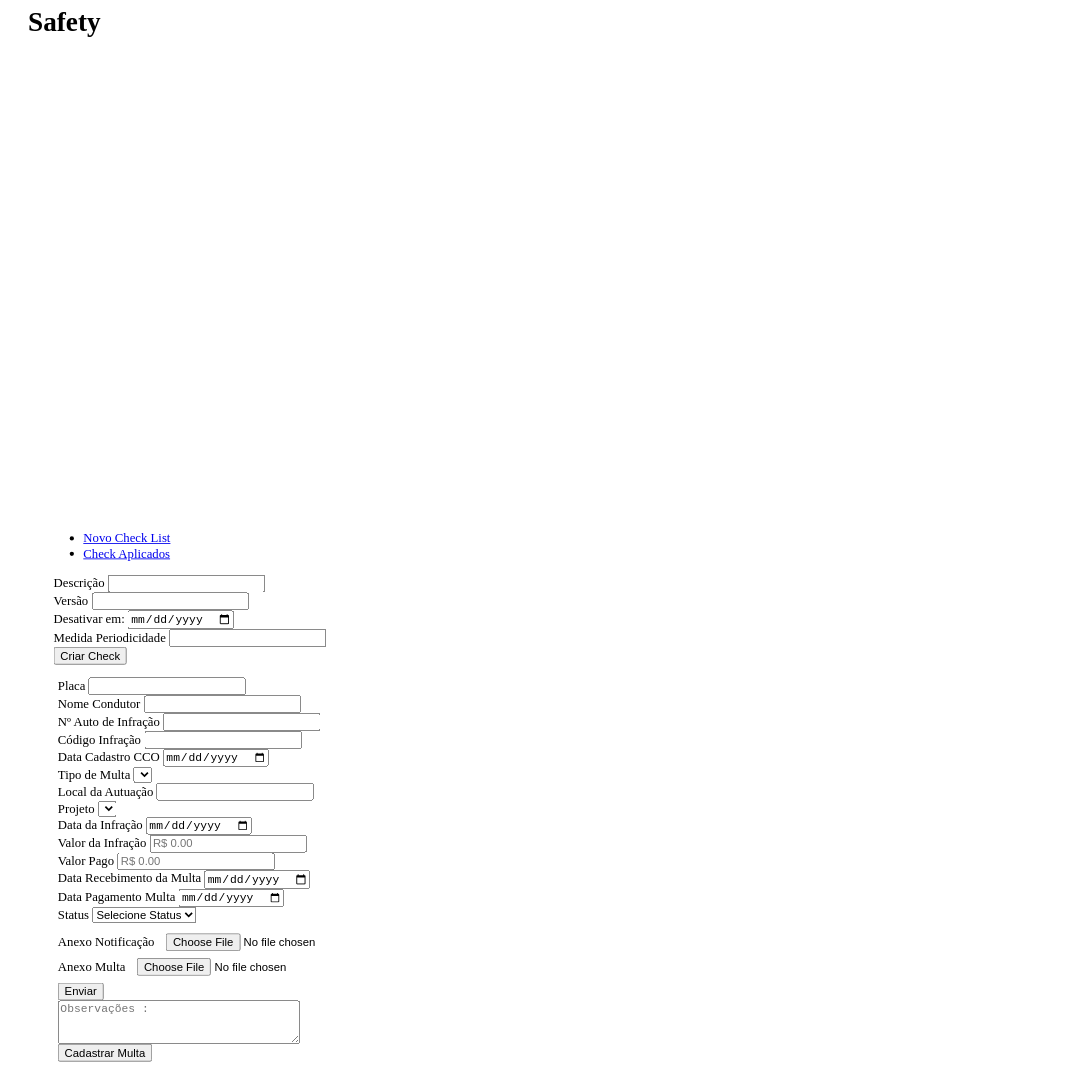
Repository: Conlog-SA/portal_operacional
Page: apps/safety_layout_checklist_app/templates/safety_layout_checklist_app/form_cad_layout_checklist.html
These files come from the project's save history. The page is drawn as it stood at one moment and after the next save; the edit follows.
The browser window is 1280 px wide. The pictures show the whole page, at 85% of full size.
The template is drawn by Django 3.2. The application's start-up code is not run. Other server files are loaded and not shown. The template is opened directly, without the code that normally fills it, so the values that code supplies are empty.

Above is the page before, as saved 2023-11-14 15:24:10.

### apps/safety_layout_checklist_app/templates/safety_layout_checklist_app/form_cad_layout_checklist.html
{% load static %}

{% block link_static_css %}
    <link rel="stylesheet" href="{% static 'css/cores.css' %}" />
    <link rel="stylesheet" href="{% static 'css/toggle_switch.css' %}" />
    <link rel="stylesheet" href="{% static 'css/loader.css' %}" />
    <link rel="stylesheet" href="{% static 'css/seguranca_safety_app/seguranca_safety.css' %}" />
    <script src="https://code.jquery.com/jquery-3.6.0.min.js"></script>
{% endblock %}

<div class="d-flex flex-column h-100 align-items-center justify-content-start text-white w-100" style="margin-right: 0px; width:100%;">
   <div class="mt-3 d-flex align-items-end justify-content-between div_Titulo" style="padding-bottom:15px; margin-left:25px;">
       <div class="d-flex align-items-center justify-content-center">
            <i class="fa-solid fa-truck-fast" style="font-size:50px; margin-left:0px; margin-right:15px; color:#cf6a15;"></i>
           <h1 class="titlePadraoMenu" style="margin-left:0px;">Safety</h1>
       </div>
       <img class="logo_cabecalho" src="{% static 'icons/logo-branca.png' %}" >
   </div>
   <div class="container-app col-md-12">
      <div class="form-group cl_div_tabela_principal_pagina" style="padding-top:0px;padding-left:0px;margin-left: 50px;margin-right: 25px; background-color:white" >
        <div class="header-table">
            <ul class="nav nav-tabs" id="myTab" role="tablist">
               <li class="nav-item">
                  <a class="nav-link active tabs-nav" id="a_tab_novo_check" data-toggle="tab"
                     href="#div_tab_new_check" role="tab"
                     aria-controls="div_tab_new_check"
                     aria-selected="false" style="border-radius:0px 0px 0 0; font-size:15px">
                     Novo Check List
                     <i class="fa-solid fa-filter" style="color: #f46424;"></i>
                  </a>
              </li>
              <li class="nav-item">
                  <a class="nav-link tabs-nav" id="a_tab_check_criados" data-toggle="tab"
                     href="#div_check_criados" role="tab"
                     aria-controls="div_check_criados"
                     aria-selected="false" style="border-radius:0px 0px 0 0; font-size:15px" >
                     Check Aplicados
                    <i class="fa-solid fa-pen-to-square" style="color: #f46424"></i>
                  </a>
              </li>
            </ul>
         </div>
         <div class="tab-content" style="border-radius:0 0 10px 10px; font-size:15px">
            <div class="tab-pane active" id="div_tab_new_check" role="tabpanel" aria-labelledby="div_tab_new_check" style="padding-left:5px;">
               <form class="new-check-list">
                  <div class="row">
                     <div class="form-group col-sm-4">
                       <label for="descricao_new_check">
                         Descrição
                         <input type="text" id="descricao_new_check">
                       </label>
                     </div>
                     <div class="form-group col-sm-4">
                       <label for="versao_new_check">
                         Versão
                         <input type="text" id="versao_new_check">
                       </label>
                     </div>
                     <div class="form-group col-sm-4">
                       <label for="desativar_new_check_date">
                         Desativar em:
                         <input type="date" id="desativar_new_check_date">
                       </label>
                     </div>
                     <div class="form-group col-sm-4">
                       <label for="periodicidade_new_check">
                         Medida Periodicidade
                         <input type="text" id="periodicidade_new_check">
                       </label>
                     </div>
                     <div class="form-group col-sm-4">
                        <button type="submit" id="btn_new_check" name=btn_new_check> Criar Check</button>
                     </div>
                  </div>
               </form>
            </div>
            <div class="tab-pane" id="div_check_criados" role="tabpanel" aria-labelledby="a_tab_check_criados">
               <form id="form_cadastro_multas" name="form_cadastro_multas" method="POST" style="margin-left:10px; margin-right:10px;">
                  <div class="row">
                     <div class="form-group col-sm-4">
                        <label for="txt_placa">Placa</label>
                        <input type="text" class="form-control" id="txt_placa" required>
                     </div>
                     <div class="form-group col-sm-4">
                        <label for="input_nome_condutor">Nome Condutor</label>
                        <input type="text" class="form-control" id="input_nome_condutor">
                     </div>
                     <div class="form-group col-sm-4">
                        <label for="input_auto_infracao">Nº Auto de Infração</label>
                           <input type="text" class="form-control" id="input_auto_infracao" name="input_auto_infracao">
                     </div>
                     <div class="form-group col-sm-2">
                        <label for="input_codigo_infracao">Código Infração</label>
                           <input type="text" class="form-control" id="input_codigo_infracao" name="input_codigo_infracao">
                     </div>
                     <div class="form-group col-sm-2">
                        <label for="select_dt_cad_cco">Data Cadastro CCO</label>
                        <input type="date" class="form-control" id="select_dt_cad_cco">
                     </div>
                     <div class="form-group col-sm-4">
                        <label for="select_tipo_multa">Tipo de Multa</label>
                        <select class="selectpicker form-control" id="select_tipo_multa" name="select_tipo_multa" placeholder="Tipo de multa" required>
                           {% for tipo_multa in lista_tipo_multa %}
                              <option value="{{tipo_multa.cod_tipo_multa}}">
                                 {{tipo_multa.desc_multa}}
                              </option>
                           {% endfor %}
                        </select>
                     </div>
                     <div class="form-group col-sm-4">
                        <label for="input_local_autuacao">Local da Autuação</label>
                        <input type="text" class="form-control" id="input_local_autuacao" name="input_local_autuacao">
                     </div>
                     <div class="form-group col-sm-2">
                        <label for="input_proj" > Projeto </label>
                        <select class="selectpicker form-control" id="input_proj" name="input_proj" placeholder="Projeto" required>
                           {% for projeto in lista_projetos %}
                              <option value="{{projeto.cod_projeto}}" >
                                 {{projeto.desc_proj}}
                              </option>
                           {% endfor %}
                        </select>
                     </div>
                     <div class="form-group col-sm-2">
                        <label for="input_data_infracao">Data da Infração</label>
                        <input type="date" class="form-control" id="input_data_infracao" name="input_data_infracao">
                     </div>
                     <div class="form-group col-sm-2">
                        <label for="input_valor_infracao"> Valor da Infração </label>
                        <input type="number" class="form-control" id="input_valor_infracao" name="input_valor_infracao" placeholder="R$ 0.00">
                     </div>
                     <div class="form-group col-sm-2">
                        <label for="input_valor_pago_infracao"> Valor Pago</label>
                        <input type="number" class="form-control" id="input_valor_pago_infracao" name="input_valor_pago_infracao"  placeholder="R$ 0.00">
                     </div>
                     <div class="form-group col-sm-2">
                        <label for="select_data_receb_multa">Data Recebimento da Multa</label>
                        <input type="date" class="form-control" id="select_data_receb_multa">
                     </div>
                     <div class="form-group col-sm-2">
                        <label for="dt_pagamento_multa">Data Pagamento Multa</label>
                        <input type="date" class="form-control" id="dt_pagamento_multa" name="inputDatePag">
                     </div>
                     <div class="form-group col-sm-4">
                        <label for="select_status_multa">Status</label>
                        <select class="form-control" id="select_status_multa" name="select_status_multa" style="margin-bottom:12px">
                           <option selected>Selecione Status</option>
                           <option value="andamento">Em Andamento</option>
                           <option value="finalizado">Finalizado</option>
                        </select>
                     </div>
                     <form method="post" enctype="multipart/form-data" action="{% url 'anexar_itens' %}">
                        {% csrf_token %}
                        <div class="form-group col-sm-4 d-flex align-items-end" style="margin-bottom:8px">
                           <label for ="myfile" style="margin-right:10px ; font-weight:ligther">Anexo Notificação</label>
                           <input type="file" id="notificacao" name="notificacao" style="padding-right:340px">
                        </div>
                        <div class="form-group col-sm-4 d-flex align-items-end" style="margin-bottom:8px">
                           <label for ="myfile" style="margin-right:10px; font-weight:ligther"; >Anexo Multa</label>
                           <input type="file" id="multa" name="multa" style="padding-right:340px">
                        </div>
                        <button type="submit"> Enviar </button>
                     </form>
                     {% if notificacao_file %}
                        <a href="{% url 'download_arquivo' 'notificacao' %}">Baixar Notificação</a>
                     {% endif %}
                     {% if multa_file %}
                        <a href="{% url 'download_arquivo' 'multa' %}">Baixar Multa</a>
                     {% endif %}
                     <div class="row">
                        <div class="form-group col-sm-8">
                           <label for="txt_obs"></label>
                           <textarea class="form-control" id="txt_obs" rows="3" cols="33"  placeholder="Observações :"></textarea>
                        </div>
                        <div class="form-group col-sm-3 d-flex align-items-end">
                           <button class="btn btn-primary btn-form" type="button" id ="btn_cadastrar_multa" name="btn_cadastrar_multa" value="0">
                              Cadastrar Multa
                              <i class="fa-regular fa-bookmark"></i>
                           </button>
                        </div>
                     </div>
                  </div>
               </form>
            </div>
         </div>
      </div>
   </div>
</div>


<script src="{% static 'controllers/cco_multas_app/cad_multas_controller.js' %}"></script>
<script src="{% static 'libs/bootstrap_4/js/bootstrap.min.js' %}"></script>

### static/css/cores.css
:root{
    --cor_bg_login: rgba(24, 27, 30, 0.90);
    --cor_cinza_escuro: #515457;
    --cor_cinza_claro: #9fa3a7;
    --cor_cinza_claro2: #d0d0d0;
    --cor_branco: #e6e4e4;
    --cor_bg_solido: #181b1e;
    --cor_bg_solido_claro:#343537;
    --cor_bg_cinza_escuro: rgba(33,37,41,0.9) !important;
    --cor_bg_cinza_escuro_cabecalho: rgba(33,37,41,0.7) !important;
    --cor_bg_modais_body: #DCDCDC;

    --cor_empresa: #f46424;
    --cor_empresa_hover: #df5b23;
    --cor_empresa_active: #b24110;

    --bs-accordion-btn-focus-box-shadow_custom: 0 0 0 0.25rem rgba(244, 100, 36, 0.25);

    --bs-accordion-btn-active-icon_custom:url('');

    --cor_card_chamado_hover: #ccccce;
    --cor_card_chamado_active: #999999;
    --cor_chamado_emergencial: #b30f04;
    --cor_branco: #fff;
    /* --cor_branco_escuro: #969393; */
    --cor_card_a_atender: #e3f8f5;
    --cor_card_atendendo: #e1ffe4;;
    --cor_card_em_espera: #fdf9c6;
}

### static/css/toggle_switch.css
/* Remove this container when use*/
.component-title {
    width: 100%;
    position: absolute;
    z-index: 999;
    top: 30px;
    left: 0;
    padding: 0;
    margin: 0;
    font-size: 1rem;
    font-weight: 700;
    color: #888;
    text-align: center;
  }

  /* The switch - the box around the slider */
  .container {
    width: 77px;
    height: 31px;
    position: relative;
  }

  /* Hide default HTML checkbox */
  .checkbox {
    opacity: 0;
    width: 0;
    height: 0;
    position: absolute;
  }

  .switch {
    width: 100%;
    height: 100%;
    display: block;
    background-color: #e9e9eb;
    border-radius: 16px;
    cursor: pointer;
    transition: all 0.2s ease-out;
  }

  /* The slider */
  .slider {
    width: 27px;
    height: 27px;
    position: absolute;
    left: calc(50% - 27px/2 - 10px);
    top: calc(50% - 27px/2);
    border-radius: 50%;
    background: #FFFFFF;
    box-shadow: 0px 3px 8px rgba(0, 0, 0, 0.15), 0px 3px 1px rgba(0, 0, 0, 0.06);
    transition: all 0.2s ease-out;
    cursor: pointer;
  }

  .checkbox:checked + .switch {
    background-color: #f46424;
  }

  .checkbox:checked + .switch .slider {
    left: calc(50% - 27px/2 + 10px);
    top: calc(50% - 27px/2);
  }

  .cursor-pointer{
    cursor: pointer;
  }

### static/css/loader.css
.loader {
  /* display: flex; */
  margin-left: 1.5rem;
  align-items: center;
  /* width: 50px;
  height: 50px; */
  position: relative;
  display: none;
}

.loader:before {
  align-items: center;
  display: flex;
  content: "";
    position: absolute;
    top: -10px;
    left: -10px;
    right: -10px;
    bottom: -10px;
    border-radius: 50%;
    /* width: 50px;
    height: 50px; */
  }

  .loader-inner {
    display: flex;
    justify-content: center;
    align-items: center;
    position: relative;
  }

  .loader-block {
    display: inline-block;
    width: 10px;
    height: 10px;
    margin: 2px;
    background-color: #f46424;
    box-shadow: 0 0 20px #f46424;
    animation: loader_562 1.2s cubic-bezier(0.5, 0, 0.5, 1) infinite;
  }

  .loader-block:nth-child(1) {
    animation-delay: 0.1s;
  }

  .loader-block:nth-child(2) {
    animation-delay: 0.2s;
  }

  .loader-block:nth-child(3) {
    animation-delay: 0.3s;
  }

  .loader-block:nth-child(4) {
    animation-delay: 0.4s;
  }

  .loader-block:nth-child(5) {
    animation-delay: 0.5s;
  }

  .loader-block:nth-child(6) {
    animation-delay: 0.6s;
  }

  .loader-block:nth-child(7) {
    animation-delay: 0.7s;
  }

  .loader-block:nth-child(8) {
    animation-delay: 0.8s;
  }

  @keyframes loader_562 {
    0% {
      transform: scale(1);
      box-shadow: 0 0 20px rgba(255, 255, 255, 0.5);
    }

    20% {
      transform: scale(1, 2.5);
      box-shadow: 0 0 50px rgba(255, 255, 255, 0.7);
    }

    40% {
      transform: scale(1);
      box-shadow: 0 0 20px rgba(255, 255, 255, 0.5);
    }
  }

Loaded but not shown: static/libs/bootstrap_4/js/bootstrap.min.js (library); static/controllers/cco_multas_app/cad_multas_controller.js (275 lines, source omitted); static/css/seguranca_safety_app/seguranca_safety.css (no copy from this time; the picture is the same without it)

After the next save:
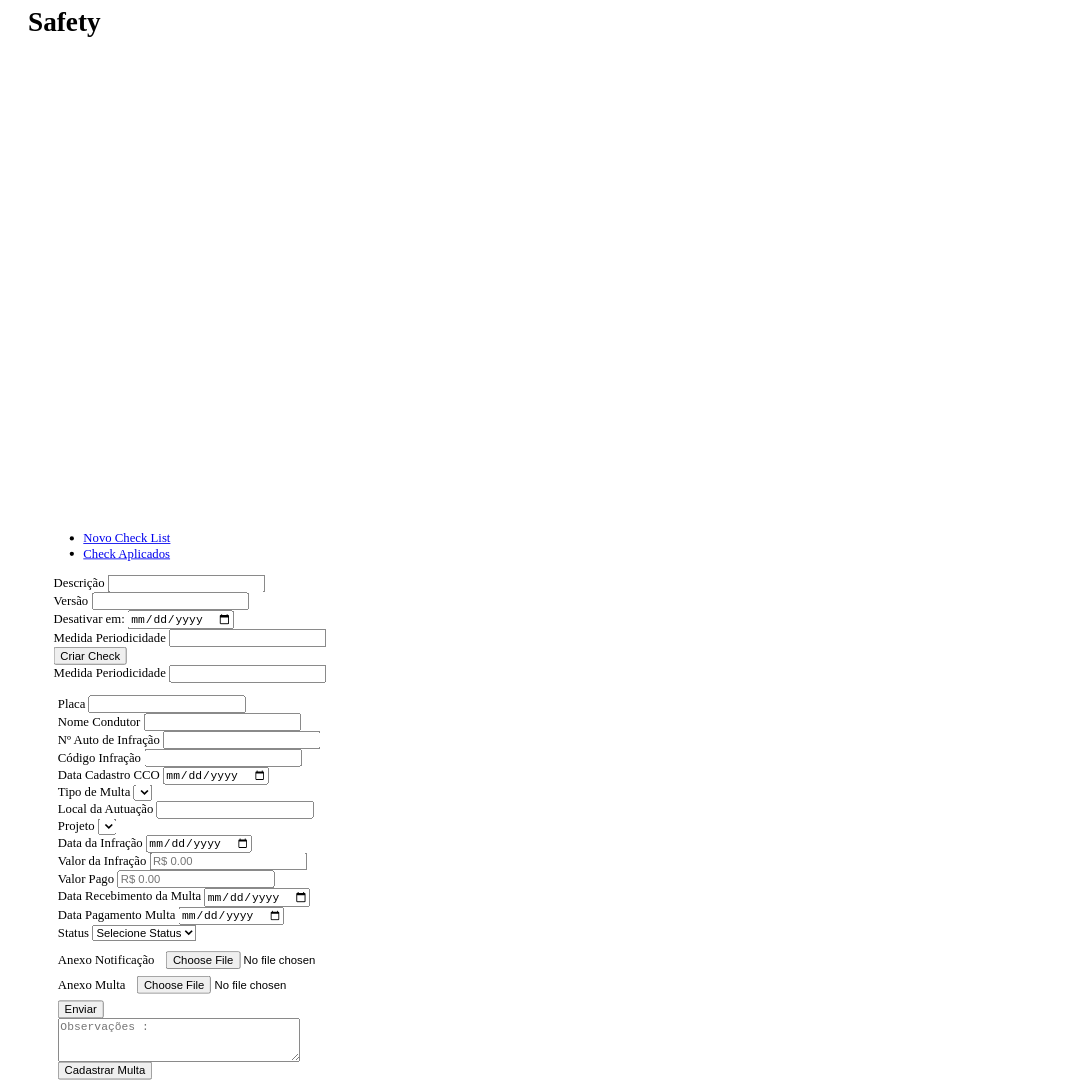
Saved 8 min 20 s later.
--- a/apps/safety_layout_checklist_app/templates/safety_layout_checklist_app/form_cad_layout_checklist.html
+++ b/apps/safety_layout_checklist_app/templates/safety_layout_checklist_app/form_cad_layout_checklist.html
@@ -71,6 +71,12 @@
                      <div class="form-group col-sm-4">
                         <button type="submit" id="btn_new_check" name=btn_new_check> Criar Check</button>
                      </div>
+                     <div class="form-group col-sm-4">
+                        <label for="liberacao_filiais">
+                          Medida Periodicidade
+                          <input type="text" id="liberacao_filiais">
+                        </label>
+                      </div>
                   </div>
                </form>
             </div>
